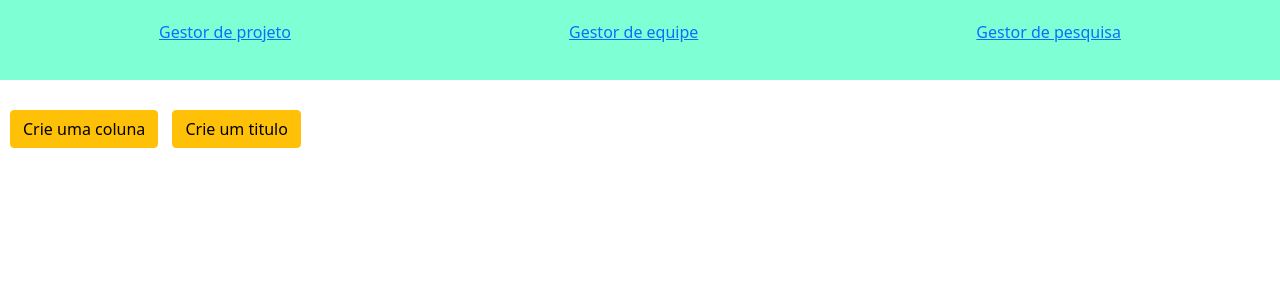
Repository: shadowruge/kanban
Page: index.html
An editor plug-in stored every save of this project. The page is shown before and after a run of saves, followed by the edit.
The browser window is 1280 px wide. The pictures show the whole page.

Above is the page before, as saved 2021-06-12 21:02:10.

### index.html
<!DOCTYPE html>
<html lang="en">
  <head>
    <meta charset="UTF-8" />
    <meta http-equiv="X-UA-Compatible" content="IE=edge" />
    <meta name="viewport" content="width=device-width, initial-scale=1.0" />
    <script src="https://cdn.jsdelivr.net/npm/@popperjs/core@2.9.2/dist/umd/popper.min.js" integrity="sha384-IQsoLXl5PILFhosVNubq5LC7Qb9DXgDA9i+tQ8Zj3iwWAwPtgFTxbJ8NT4GN1R8p" crossorigin="anonymous"></script>
<script src="https://cdn.jsdelivr.net/npm/bootstrap@5.0.1/dist/js/bootstrap.min.js" integrity="sha384-Atwg2Pkwv9vp0ygtn1JAojH0nYbwNJLPhwyoVbhoPwBhjQPR5VtM2+xf0Uwh9KtT" crossorigin="anonymous"></script>

    <script src="https://cdn.jsdelivr.net/npm/bootstrap@5.0.1/dist/js/bootstrap.bundle.min.js" integrity="sha384-gtEjrD/SeCtmISkJkNUaaKMoLD0//ElJ19smozuHV6z3Iehds+3Ulb9Bn9Plx0x4" crossorigin="anonymous"></script>
    <link href="https://cdn.jsdelivr.net/npm/bootstrap@5.0.1/dist/css/bootstrap.min.css" rel="stylesheet" integrity="sha384-+0n0xVW2eSR5OomGNYDnhzAbDsOXxcvSN1TPprVMTNDbiYZCxYbOOl7+AMvyTG2x" crossorigin="anonymous">
    <link rel="stylesheet" href="style.css" />

    <title id="Description">Shadow Kanban</title>
  </head>
  <header>
    <nav class="nav">
      <p><a href="#">Gestor de projeto</a></p>
      <p><a href="#">Gestor de equipe</a></p>
      <p><a href="#">Gestor de pesquisa</a></p>

    </nav>
  </header>
  <body>

    <!--botão-->
    <button type="button" class="btn btn-warning" onclick="myFunction()">Crie uma coluna</button>

    <button type="button" class="btn btn-warning" onclick="myFunction()">Crie um titulo</button>
    <br /><br /><br /><br />
    <div class="Linha" style="width:600px;">
    <!-- RECEBE DIVS DINAMICAS -->
    </div>

  </body>
  <script>
    function myFunction() {
      var x = document.createElement("textarea");
      var t = document.createTextNode("Click me");
      x.appendChild(t);
      document.body.appendChild(x);
    }
  </script>
</html>

### style.css
/* setando html */
* {

  margin: 0;
  padding: 0;
  border: 0;

}

/* nav confi fora da tag body */

.nav {

  background-color:aquamarine;
  padding: 20px;
  flex-wrap: wrap;
  display: flex;
  justify-content: space-around;

}

  button {

    bootstrap:warning;
    color: white;
    background-color: brown;
    margin-top: 30px;
    margin-left: 10px;

  }

  .textarea{
    border-color: brown;
  }

After the next 5 saves:
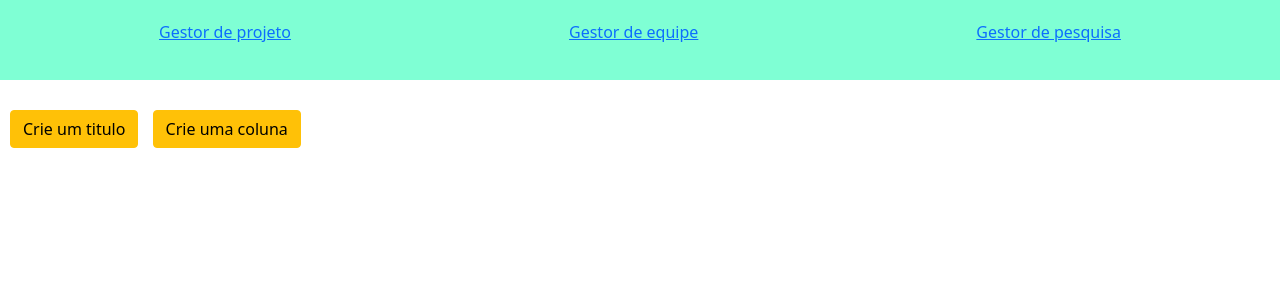
The 5 saves are shown as one change because they came seconds apart.
The last was saved 25 s later.
--- a/index.html
+++ b/index.html
@@ -24,10 +24,10 @@
   <body>
 
     <!--botão-->
+    <button type="button" class="btn btn-warning" onclick="myFunction()">Crie um titulo</button>
     <button type="button" class="btn btn-warning" onclick="myFunction()">Crie uma coluna</button>
 
-    <button type="button" class="btn btn-warning" onclick="myFunction()">Crie um titulo</button>
-    <br /><br /><br /><br />
+   <br /><br /><br /><br />
     <div class="Linha" style="width:600px;">
     <!-- RECEBE DIVS DINAMICAS -->
     </div>
